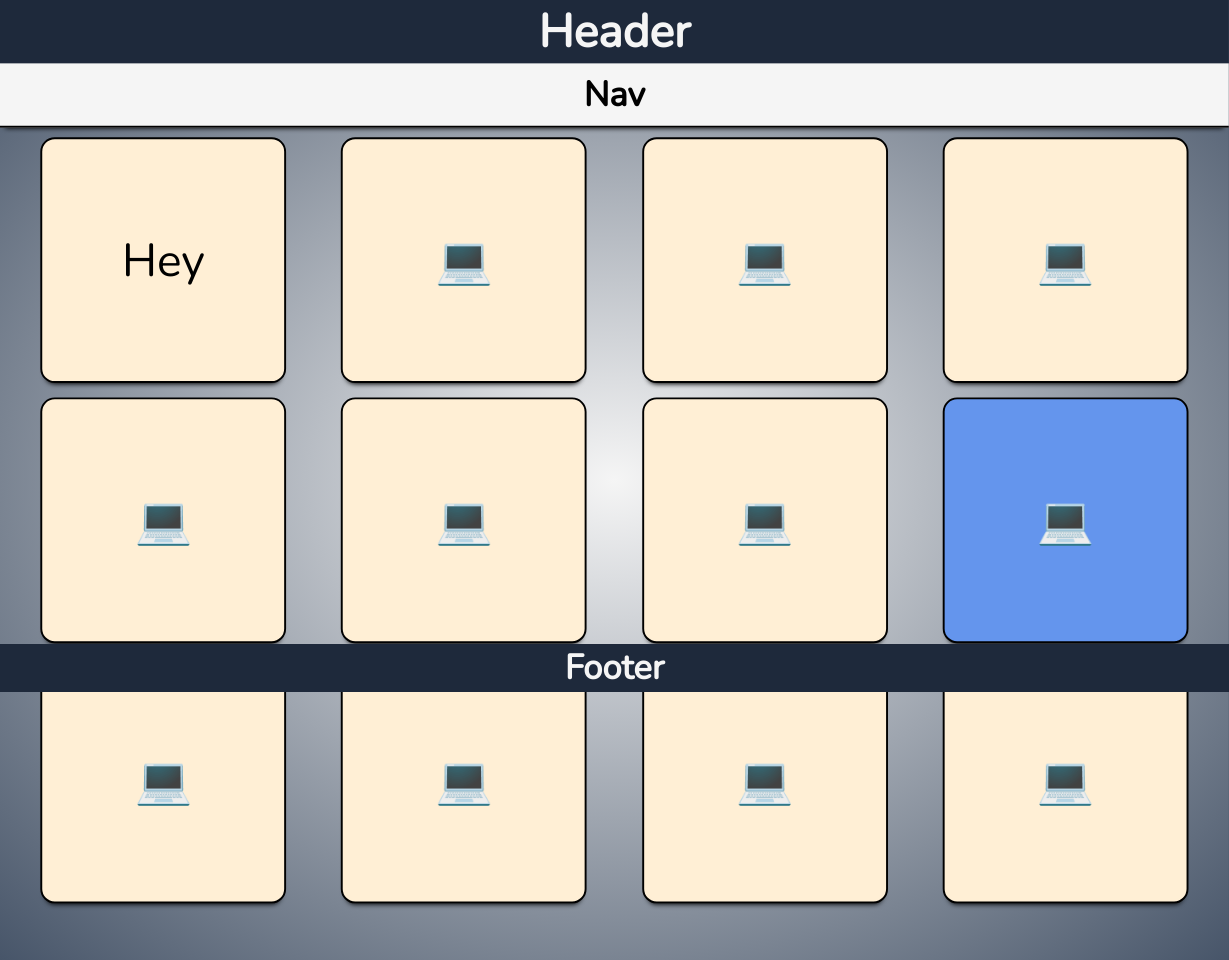
Repository: JavaProgrammerFromEastEurope/project-css-full-tutorial
Page: 20_lesson/index.html
An editor plug-in stored every save of this project. The page is shown before and after the next save, followed by the edit.
The browser window is 1280 px wide. The pictures show the whole page, at 96% of full size.

Above is the page before, as saved 2023-04-07 13:17:39.

### 20_lesson/index.html
<!DOCTYPE html>
<html lang="en">
  <head>
    <meta charset="UTF-8" />
    <meta http-equiv="X-UA-Compatible" content="IE=edge" />
    <meta name="viewport" content="width=device-width, initial-scale=1.0" />
    <title>CSS Variables</title>
    <link rel="stylesheet" href="css/style.css" />
  </head>

  <body>
    <header>
      <h1>Header</h1>
      <nav>
        <h2>Nav</h2>
      </nav>
    </header>

    <main>
      <div class="square">
        <p>Hey</p>
      </div>
      <div class="square">💻</div>
      <div class="square">💻</div>
      <div class="square">💻</div>
      <div class="square">💻</div>
      <div class="square">💻</div>
      <div class="square">💻</div>
      <div class="square square--highlight">💻</div>
      <div class="square">💻</div>
      <div class="square">💻</div>
      <div class="square">💻</div>
      <div class="square">💻</div>
    </main>

    <footer>
      <h2>Footer</h2>
    </footer>
  </body>
</html>

### 20_lesson/css/style.css
@import url("https://fonts.googleapis.com/css2?family=Nunito&display=swap");

/* || RESET */
* {
  margin: 0;
  padding: 0;
  box-sizing: border-box;
}

/* || VARIABLES */
:root {
  /* FONT */
  --FF: "Nunito", sans-serif;
  --FS: 1.5rem;
  --FS-XL: 3rem;

  /* COLOR */
  --BGCOLOR: #475569;
  --ALT-BGCOLOR: #1E293B;
  --RADIAL-COLOR: whitesmoke;
  --LIGHT-COLOR: whitesmoke;
  --DARK-COLOR: #000;

  /* SQUARE */
  --SQUARE-BGCOLOR: papayawhip;
  --SQUARE-SIZE: max(150px, 20vw);

  /* GENERAL */
  --PADDING: 0.5rem;
  --SHADOWS: 0 6px 5px -5px var(--DARK-COLOR);
  --BORDERS: 2px solid var(--DARK-COLOR);
}

@media (prefers-color-scheme: dark) {
  :root {
    --BGCOLOR: #000;
    --ALT-BGCOLOR: #333;
    --RADIAL-COLOR: rgb(217, 217, 217);
    --SQUARE-BGCOLOR: rgb(202, 174, 202);
  }
}

/* || GENERAL STYLES */
body {
  font: var(--FS) var(--FF);
  min-height: 100vh;

  background-color: var(--BGCOLOR);
  background-image: radial-gradient(var(--RADIAL-COLOR), var(--BGCOLOR));
  display: flex;
  flex-direction: column;
}

header,
nav,
footer {
  display: grid;
  place-content: center;
  grid-template-columns: 100%;
  text-align: center;
}

header,
footer {
  position: sticky;
  background-color: var(--ALT-BGCOLOR);
  color: var(--LIGHT-COLOR);
}

header {
  top: 0;
}

nav {
  background-color: var(--LIGHT-COLOR);
  color: var(--DARK-COLOR);
  padding: var(--PADDING);
  border-bottom: var(--BORDERS);
  box-shadow: var(--SHADOWS);
}

main {
  flex-grow: 1;

  padding: 10px 0;
  display: flex;
  justify-content: space-evenly;
  align-items: center;
  flex-flow: row wrap;
  gap: min(4vw, 15px);
}

footer {
  bottom: 0;
}

/* || FEATURES */

.square--highlight {
  --SQUARE-BGCOLOR: cornflowerblue;
}

.square {
  background-color: var(--SQUARE-BGCOLOR);
  width: var(--SQUARE-SIZE);
  height: var(--SQUARE-SIZE);
  border: var(--BORDERS);
  border-radius: 15px;
  display: grid;
  place-content: center;
  font-size: var(--FS-XL);
  box-shadow: var(--SHADOWS);
}

After the next save:
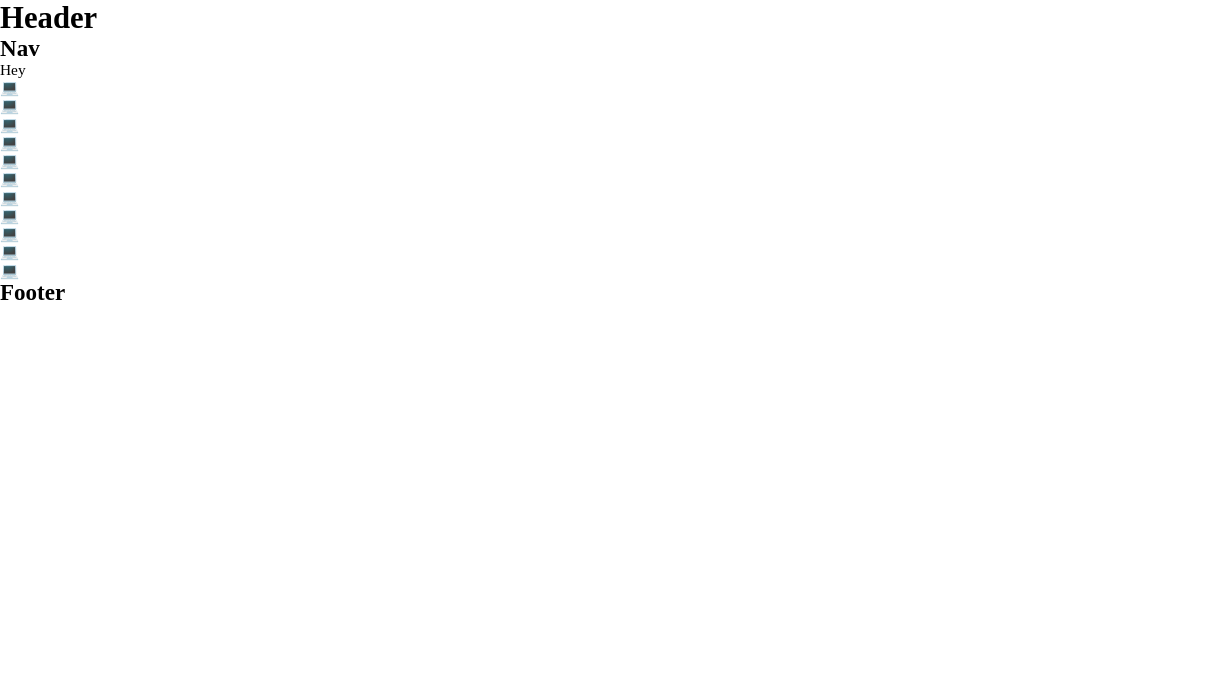
Saved 32 s later.
--- a/20_lesson/css/style.css
+++ b/20_lesson/css/style.css
@@ -6,108 +6,3 @@
   padding: 0;
   box-sizing: border-box;
 }
-
-/* || VARIABLES */
-:root {
-  /* FONT */
-  --FF: "Nunito", sans-serif;
-  --FS: 1.5rem;
-  --FS-XL: 3rem;
-
-  /* COLOR */
-  --BGCOLOR: #475569;
-  --ALT-BGCOLOR: #1E293B;
-  --RADIAL-COLOR: whitesmoke;
-  --LIGHT-COLOR: whitesmoke;
-  --DARK-COLOR: #000;
-
-  /* SQUARE */
-  --SQUARE-BGCOLOR: papayawhip;
-  --SQUARE-SIZE: max(150px, 20vw);
-
-  /* GENERAL */
-  --PADDING: 0.5rem;
-  --SHADOWS: 0 6px 5px -5px var(--DARK-COLOR);
-  --BORDERS: 2px solid var(--DARK-COLOR);
-}
-
-@media (prefers-color-scheme: dark) {
-  :root {
-    --BGCOLOR: #000;
-    --ALT-BGCOLOR: #333;
-    --RADIAL-COLOR: rgb(217, 217, 217);
-    --SQUARE-BGCOLOR: rgb(202, 174, 202);
-  }
-}
-
-/* || GENERAL STYLES */
-body {
-  font: var(--FS) var(--FF);
-  min-height: 100vh;
-
-  background-color: var(--BGCOLOR);
-  background-image: radial-gradient(var(--RADIAL-COLOR), var(--BGCOLOR));
-  display: flex;
-  flex-direction: column;
-}
-
-header,
-nav,
-footer {
-  display: grid;
-  place-content: center;
-  grid-template-columns: 100%;
-  text-align: center;
-}
-
-header,
-footer {
-  position: sticky;
-  background-color: var(--ALT-BGCOLOR);
-  color: var(--LIGHT-COLOR);
-}
-
-header {
-  top: 0;
-}
-
-nav {
-  background-color: var(--LIGHT-COLOR);
-  color: var(--DARK-COLOR);
-  padding: var(--PADDING);
-  border-bottom: var(--BORDERS);
-  box-shadow: var(--SHADOWS);
-}
-
-main {
-  flex-grow: 1;
-
-  padding: 10px 0;
-  display: flex;
-  justify-content: space-evenly;
-  align-items: center;
-  flex-flow: row wrap;
-  gap: min(4vw, 15px);
-}
-
-footer {
-  bottom: 0;
-}
-
-/* || FEATURES */
-
-.square--highlight {
-  --SQUARE-BGCOLOR: cornflowerblue;
-}
-
-.square {
-  background-color: var(--SQUARE-BGCOLOR);
-  width: var(--SQUARE-SIZE);
-  height: var(--SQUARE-SIZE);
-  border: var(--BORDERS);
-  border-radius: 15px;
-  display: grid;
-  place-content: center;
-  font-size: var(--FS-XL);
-  box-shadow: var(--SHADOWS);
-}
